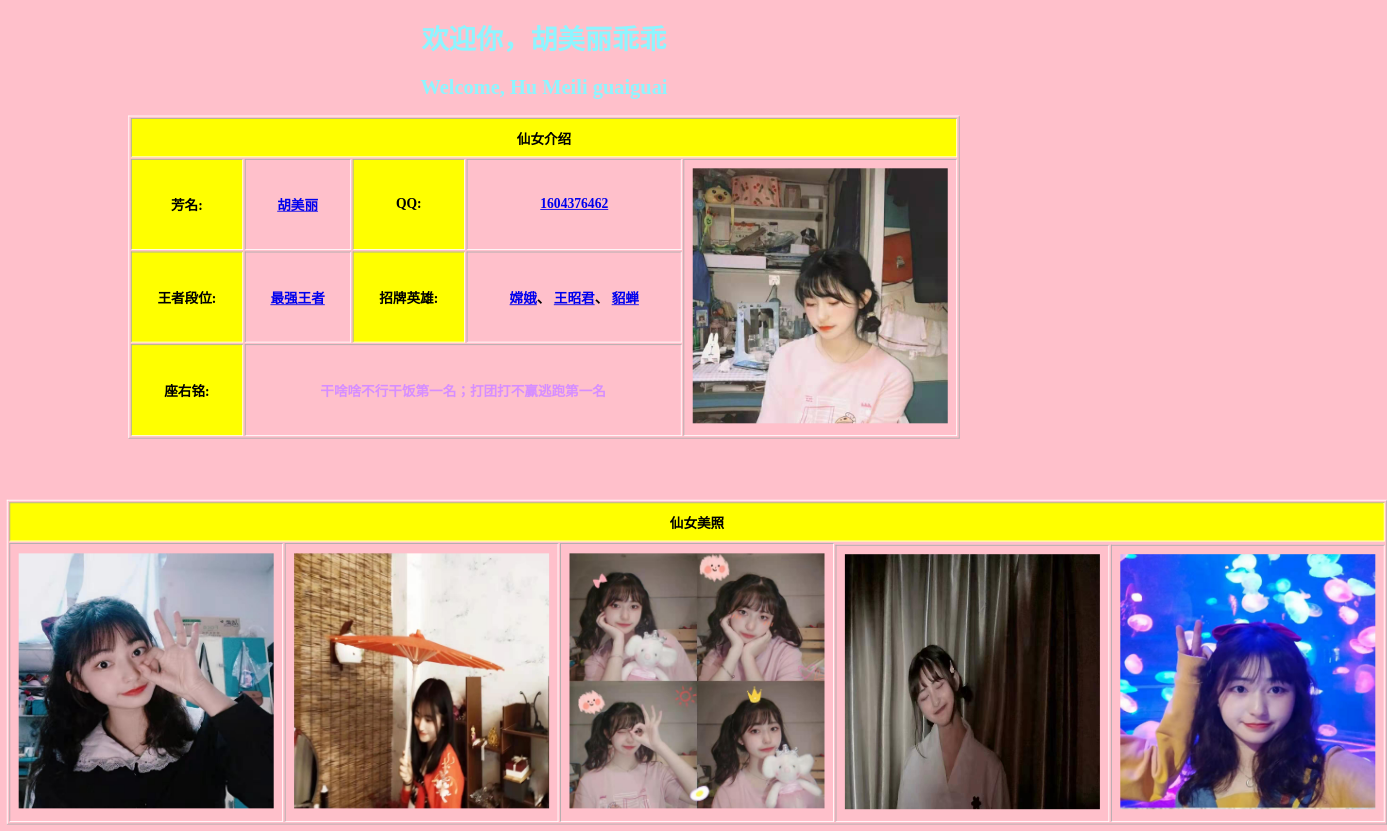
Repository: NanmeiYC/NanmeiYC.github.io
Page: ceshi2.html
These files come from the project's save history. The page is drawn as it stood at one moment and after a run of saves; the edit follows.
The browser window is 1280 px wide. The page is 1632 px wide, so the pictures cover 1632 px, including what lies to the right of the window. The pictures show the whole page, at 85% of full size.

Above is the page before, as saved 2021-05-29 03:21:58.

After the next 5 saves:
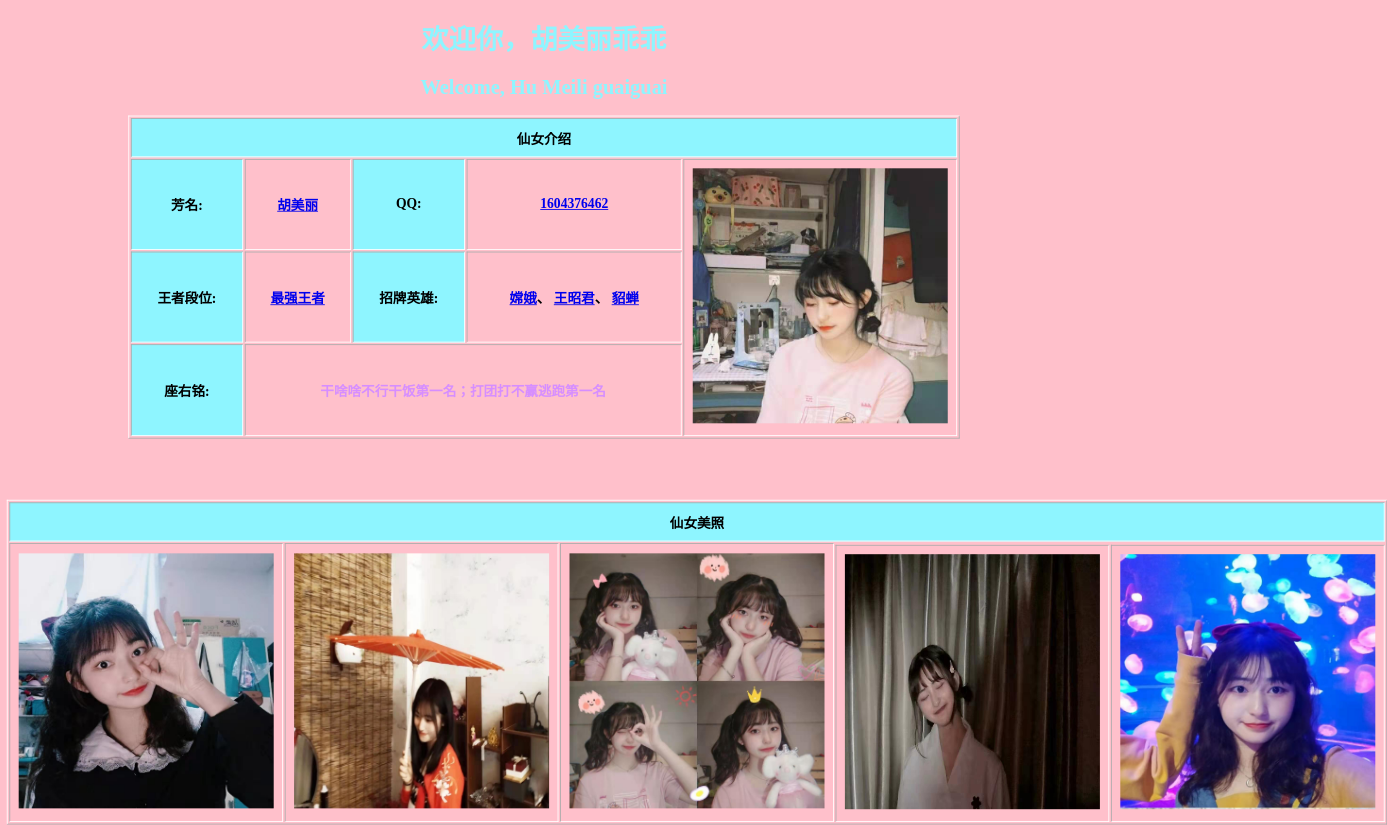
The 5 saves are shown as one change because they came seconds apart.
The last was saved 32 s later.
--- a/ceshi2.html
+++ b/ceshi2.html
@@ -11,20 +11,20 @@
     <h2 align="center"><a style="color: #8ef5ff;">Welcome, Hu Meili guaiguai</a></h2>
     <table border="1" align="center" cellpadding="10px" width="978" style="border-color:rgb(255, 255, 255);">
         <tr align="center">
-            <th colspan="7" bgcolor="yellow">仙女介绍</th>
+            <th colspan="7" bgcolor="#8ef5ff">仙女介绍</th>
         </tr>
 
         <tr align="center">
-            <th bgcolor="yellow">芳名:</th>
+            <th bgcolor="#8ef5ff">芳名:</th>
             <th colspan="2"><a href="humeili.html">胡美丽</a></th>
-            <th bgcolor="yellow">QQ:</th>
+            <th bgcolor="#8ef5ff">QQ:</th>
             <th colspan="2"> <a href="http://wpa.qq.com/msgrd?v=3&uin=1604376462&site=qq&menu=yes">1604376462</a></th>
             <td rowspan="3" width="100" <p><a href="humeili.html"><img border="0" src="images\胡美丽主.jpg" width="300px" height="300px"></td>
         </tr>
         <tr align="center">
-            <th bgcolor="yellow">王者段位:</th>
+            <th bgcolor="#8ef5ff">王者段位:</th>
             <th colspan="2"><a href="https://pvp.qq.com/web201605/hisrecord.shtml">最强王者</a></th>
-            <th bgcolor="yellow">招牌英雄:</th>
+            <th bgcolor="#8ef5ff">招牌英雄:</th>
             <th colspan="2">
                 <a href="https://pvp.qq.com/web201605/herodetail/515.shtml">嫦娥</a>、
                 <a href="https://pvp.qq.com/web201605/herodetail/152.shtml">王昭君</a>、
@@ -32,7 +32,7 @@
             </th>
         </tr>
         <tr align="center">
-            <th bgcolor="yellow">座右铭:</th>
+            <th bgcolor="#8ef5ff">座右铭:</th>
             <th colspan="5"><a style="color: #d68eff;">干啥啥不行干饭第一名；打团打不赢逃跑第一名</a> </th>
         </tr>
         <table border="1" align="center" cellpadding="10" width="800" style="border-color:rgb(255, 255, 255);">
@@ -41,7 +41,7 @@
             <br>
             <br>
         <tr align="center">
-            <th colspan="9" bgcolor="yellow">仙女美照</th>
+            <th colspan="9" bgcolor="#8ef5ff">仙女美照</th>
         </tr>
         <tr align="center">
             <th rowspan="3" width="100" <p><a href="humeili.html"><img border="0" src="images\胡美丽3.jpg" width="300px" height="300px"></th>
